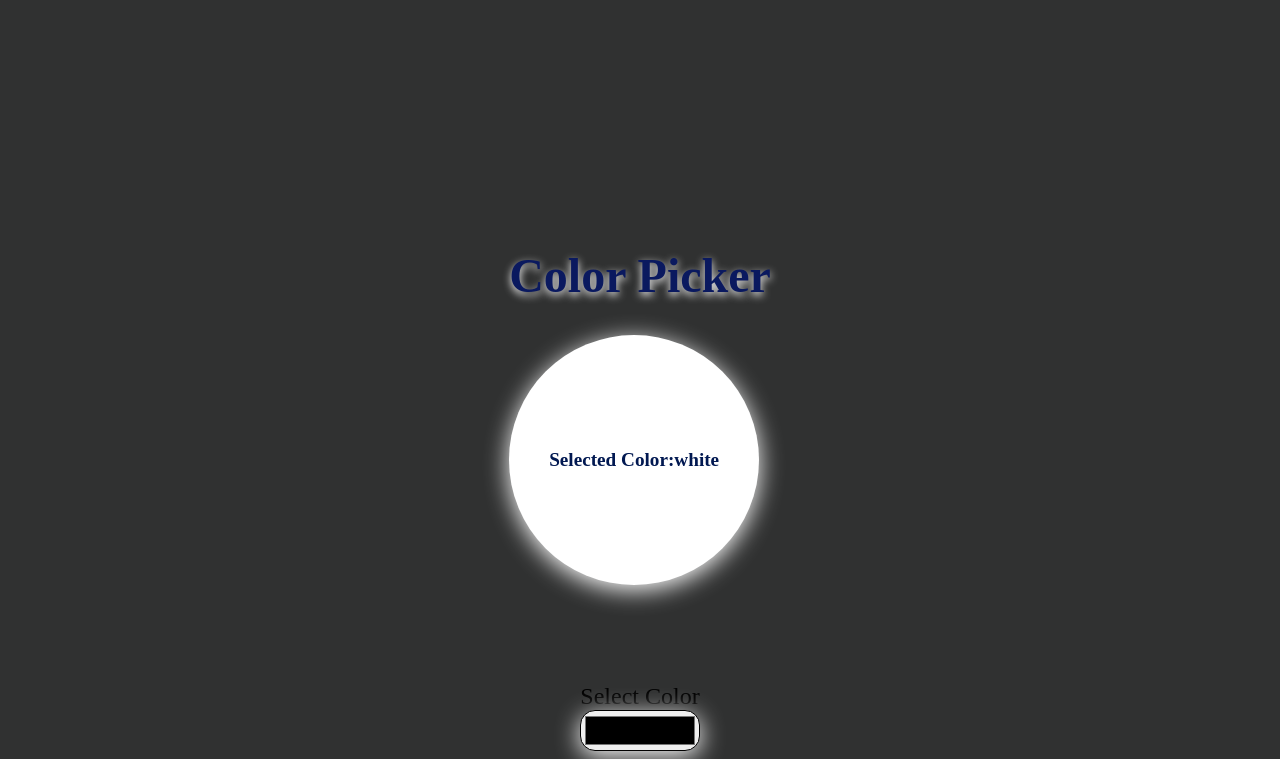
Repository: rkrukshan/Color-Picker--React-
Page: /
The author's editor kept a copy of each file at every save. The page is drawn from the files as they stood at one save, then again after a run of saves.
The browser window is 1280 px wide. The pictures show the whole page.
The project was rebuilt for these pictures with package versions that can differ from the ones it lists, and the page was loaded fresh each time. Also part of the build but not shown: vite.config.js.

Above is the page before, as saved 2024-07-21 19:21:12.

After the next 4 saves:
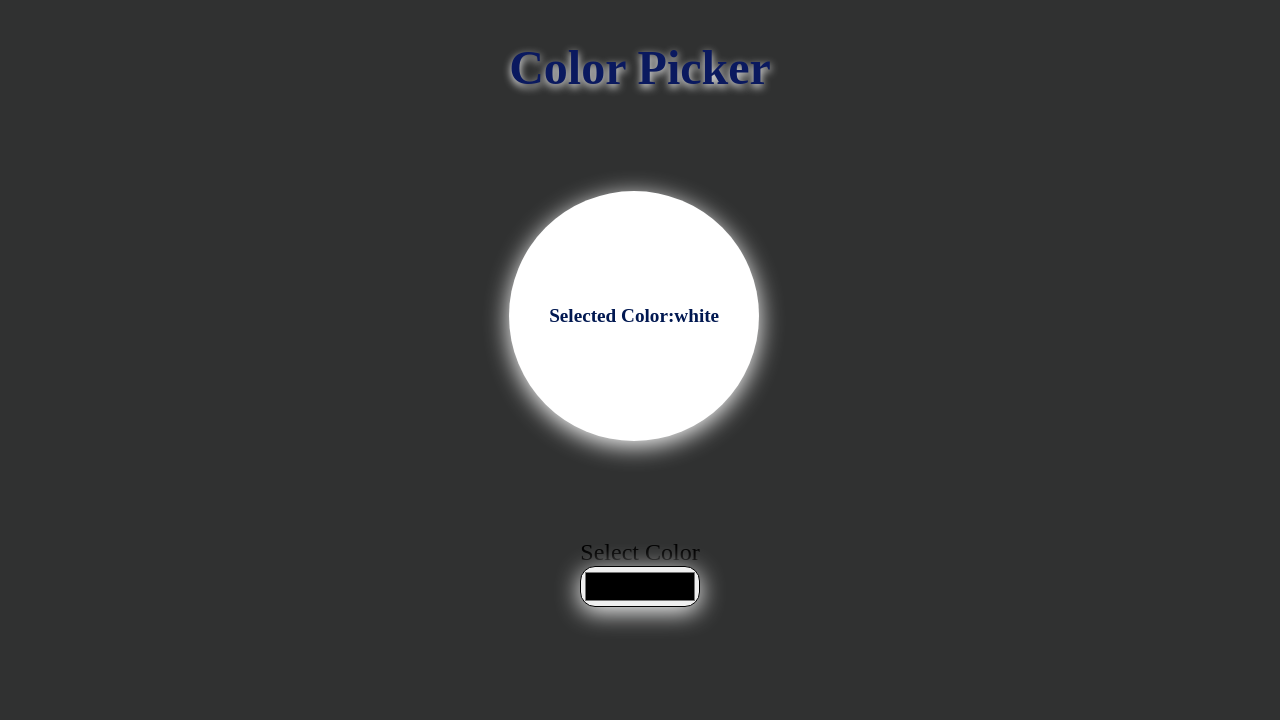
The 4 saves are shown as one change because they came seconds apart.
The last was saved 17 s later.
--- a/src/index.css
+++ b/src/index.css
@@ -11,8 +11,7 @@ body {
   color: rgb(10, 25, 95);
   font-size: 3em;
   text-shadow: 0px 3px 9px rgb(255, 255, 255);
-  margin-top: 5em;
-
+  margin-bottom: 2em;
 }
 .color-pad {
   height: 250px;
